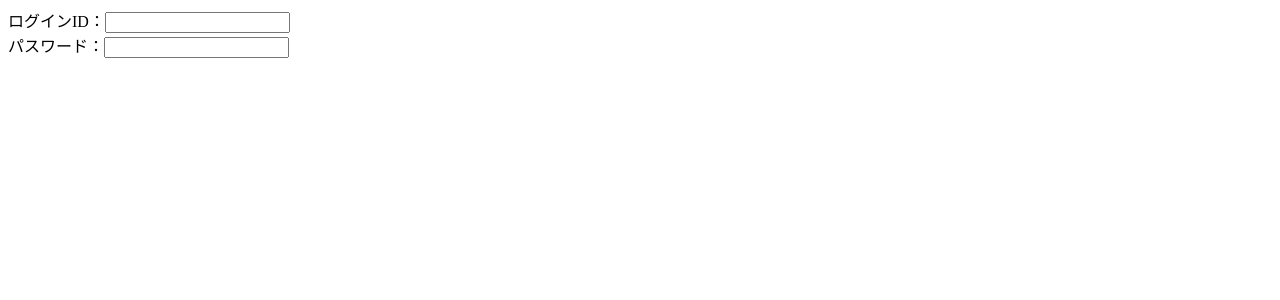
Repository: kidoikuya/learning-git
Page: http://localhost/example/RegisterUser
These files come from the project's save history. The page is drawn as it stood at one moment and after the next save; the edit follows.
The browser window is 1280 px wide. The pictures show the whole page.
The page is served by Tomcat 10.

Above is the page before, as saved 2024-11-11 05:22:51.

After the next save:
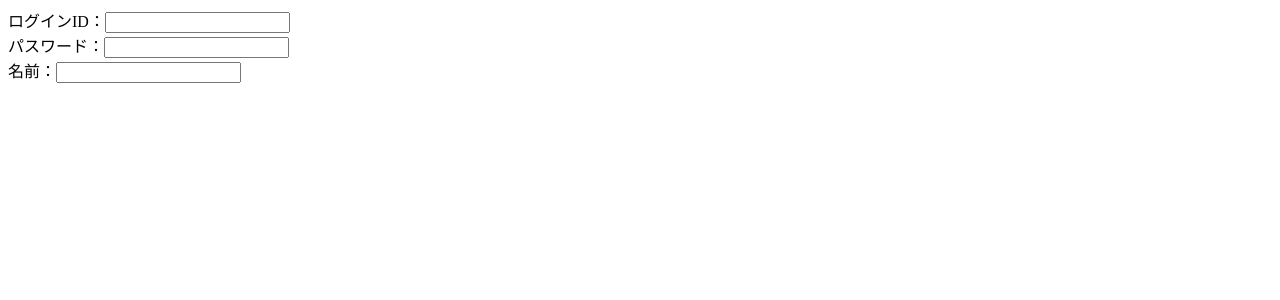
Saved 49 s later.
--- a/ドリルJava/example/src/main/webapp/WEB-INF/jsp/registerForm.jsp
+++ b/ドリルJava/example/src/main/webapp/WEB-INF/jsp/registerForm.jsp
@@ -9,7 +9,8 @@
 <body>
 <form action="RegisterUser" method="post">
 ログインID：<input type="text" name="id"><br>
-パスワード：<input type="text" name="id"><br>
+パスワード：<input type="password" name="pass"><br>
+名前：<input type="text" name="pass"><br>
 </form>
 
 </body>
